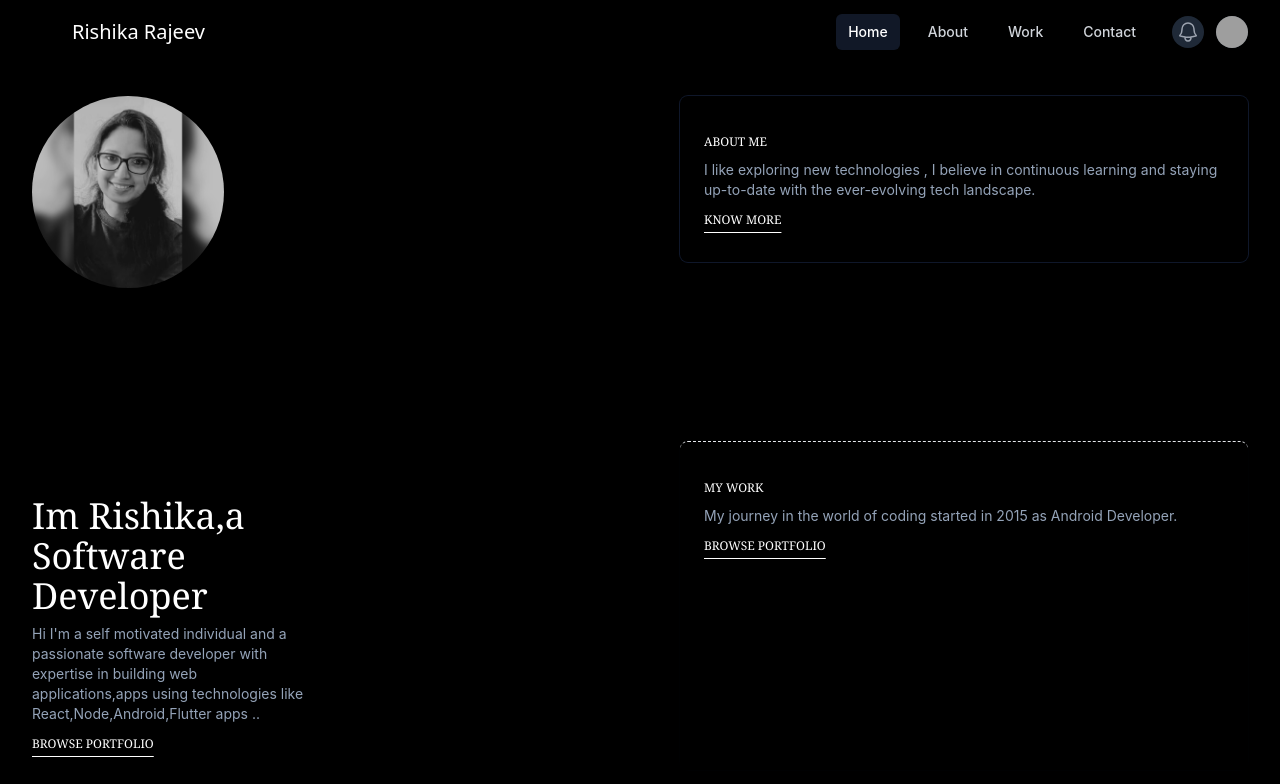
Repository: rishikarajeev/portfolio_rishika
Page: /
These files come from the project's save history. The page is drawn as it stood at one moment and after a run of saves; the edit follows.
The browser window is 1280 px wide. The pictures show the whole page.
Pictures or frames that could not be fetched are drawn as grey boxes. The project was rebuilt for these pictures with package versions that can differ from the ones it lists, and the page was loaded fresh each time. Also part of the build but not shown: src/Pages/About.jsx, src/Pages/Contact.jsx, src/Components/Work.jsx, src/Components/Project.jsx, src/Pages/Mywork.jsx.

Above is the page before, as saved 2023-10-23 18:39:28.

### src/Components/Nav/Nav.jsx
import React from 'react'

function Nav() {
  return (
    <div><nav class="dark:bg-black">
    <div class="mx-auto max-w-7xl px-2 sm:px-6 lg:px-8">
      <div class="relative flex h-16 items-center justify-between">
      <div class="absolute inset-y-0 left-7 flex items-center ">

      <a href="#" class=" text-white  px-3 py-2 text-xl font-medium font-sans" aria-current="page">Rishika Rajeev</a>
        </div>
        <div class="absolute inset-y-0 left-0 flex items-center sm:hidden">

          <button type="button" class="relative inline-flex items-center justify-center rounded-md p-2 text-gray-400 hover:bg-gray-700 hover:text-white focus:outline-none focus:ring-2 focus:ring-inset focus:ring-white" aria-controls="mobile-menu" aria-expanded="false">
            <span class="absolute -inset-0.5"></span>
            <span class="sr-only">Open main menu</span>

            <svg class="block h-6 w-6" fill="none" viewBox="0 0 24 24" stroke-width="1.5" stroke="currentColor" aria-hidden="true">
              <path stroke-linecap="round" stroke-linejoin="round" d="M3.75 6.75h16.5M3.75 12h16.5m-16.5 5.25h16.5" />
            </svg>

            <svg class="hidden h-6 w-6" fill="none" viewBox="0 0 24 24" stroke-width="1.5" stroke="currentColor" aria-hidden="true">
              <path stroke-linecap="round" stroke-linejoin="round" d="M6 18L18 6M6 6l12 12" />
            </svg>
          </button>
        </div>
        <div class="flex flex-1 items-center justify-end sm:items-stretch sm:justify-end">
          {/* <div class="flex flex-shrink-0 items-center">
            <img class="h-8 w-auto" src="https://tailwindui.com/img/logos/mark.svg?color=indigo&shade=500" alt="Your Company"/>
          </div> */}
          <div class="hidden sm:ml-6 sm:block ">
            <div class="flex space-x-4 ">

              <a href="/" class="bg-gray-900 text-white rounded-md px-3 py-2 text-sm font-medium" >Home</a>
              <a href="/about" class="text-gray-300 hover:bg-gray-700 hover:text-white rounded-md px-3 py-2 text-sm font-medium">About</a>
              <a href="/work" class="text-gray-300 hover:bg-gray-700 hover:text-white rounded-md px-3 py-2 text-sm font-medium">Work</a>
              <a href="/contact" class="text-gray-300 hover:bg-gray-700 hover:text-white rounded-md px-3 py-2 text-sm font-medium">Contact</a>
            </div>
          </div>
        </div>
        <div class="absolute inset-y-0 right-0 flex items-center pr-2 sm:static sm:inset-auto sm:ml-6 sm:pr-0">
          <button type="button" class="relative rounded-full bg-gray-800 p-1 text-gray-400 hover:text-white focus:outline-none focus:ring-2 focus:ring-white focus:ring-offset-2 focus:ring-offset-gray-800">
            <span class="absolute -inset-1.5"></span>
            <span class="sr-only">View notifications</span>
            <svg class="h-6 w-6" fill="none" viewBox="0 0 24 24" stroke-width="1.5" stroke="currentColor" aria-hidden="true">
              <path stroke-linecap="round" stroke-linejoin="round" d="M14.857 17.082a23.848 23.848 0 005.454-1.31A8.967 8.967 0 0118 9.75v-.7V9A6 6 0 006 9v.75a8.967 8.967 0 01-2.312 6.022c1.733.64 3.56 1.085 5.455 1.31m5.714 0a24.255 24.255 0 01-5.714 0m5.714 0a3 3 0 11-5.714 0" />
            </svg>
          </button>


          <div class="relative ml-3">
            <div>
              <button type="button" class="relative flex rounded-full bg-gray-800 text-sm focus:outline-none focus:ring-2 focus:ring-white focus:ring-offset-2 focus:ring-offset-gray-800" id="user-menu-button" aria-expanded="false" aria-haspopup="true">
                <span class="absolute -inset-1.5"></span>
                <span class="sr-only">Open user menu</span>
                <img class="h-8 w-8 rounded-full" src="../../Images/WhatsApp Image 2023-10-03 at 11.58.19 AM.jpeg" alt=""/>
              </button>
            </div>

          </div>
        </div>
      </div>
    </div>


    <div class="sm:hidden" id="mobile-menu">
      <div class="space-y-1 px-2 pb-3 pt-2">

        <a href="/" class="bg-gray-900 text-white block rounded-md px-3 py-2 text-base font-medium" aria-current="page">Home</a>
        <a href="/about" class="text-gray-300 hover:bg-gray-700 hover:text-white block rounded-md px-3 py-2 text-base font-medium">About</a>
        <a href="/work" class="text-gray-300 hover:bg-gray-700 hover:text-white block rounded-md px-3 py-2 text-base font-medium">Work</a>
        <a href="/contact" class="text-gray-300 hover:bg-gray-700 hover:text-white block rounded-md px-3 py-2 text-base font-medium">Contact</a>
      </div>
    </div>
  </nav>
  </div>
  )
}

export default Nav

### src/Pages/Home.jsx
import React from 'react'

import Nav from '../Components/Nav/Nav';
import img from "../Images/profile.jpeg"
import { Link } from 'react-router-dom';

function Home() {
  return (
    <div className="App" class="dark md:bg-black ">
    <Nav />
    <div class="grid grid-cols-1 md:grid-cols-2 h-screen dark md:bg-black gap-4  ">
      <div class="grid grid-cols-2 justify-center items-center m-8 ">
        <div class="md:w-full dark:bg-black rounded-lg   mb-4 shadow-xl  ">
          <div class=" md:grid md:grid-rows-2 md:gap-4 ">
            <div class="">
              <img
                class="h-48 w-full object-cover md:h-full md:w-48 rounded-full bg-gray-800 text-sm focus:outline-none focus:ring-2"
                src={img}

              />
            </div>
          </div>
          <Link to="/work">
          <div>
            <label class="text-4xl dark:text-white font-serif">
              Im Rishika,a Software Developer
            </label>
          </div>
          </Link>
          <p class="text-slate-400 dark:text-slate-400 mt-2 text-sm mb-1.5">
          Hi I'm a self motivated individual and a passionate software developer
           with expertise in building web applications,apps using technologies like React,Node,Android,Flutter apps ..

          </p>
          <label class="  text-xs underline underline-offset-8 font-serif dark:text-white">
            BROWSE PORTFOLIO
          </label>
        </div>
      </div>
      <div class=" md:grid md:grid-rows-2 md:gap-4 divide-y divide-dashed dark md:bg-black m-8">

      <Link to="/about">
        <div class=" dark:dark:bg-black rounded-lg px-6 py-8 ring-1 ring-slate-900 shadow-xl">

          <div>
            <label class=" dark:text-white text-xs font-serif">
              ABOUT ME
            </label>
          </div>

          <p class=" dark:text-slate-400 mt-2 text-sm mb-1.5">
          I like exploring new technologies , I believe in continuous learning and staying up-to-date with the ever-evolving tech landscape.

          </p>

          <label class="  text-xs underline underline-offset-8 font-serif dark:text-white">
            KNOW MORE
          </label>

        </div>
        </Link>
        <div class=" dark:dark:bg-black rounded-lg px-6 py-8 ring-1 ring-slate-900/5 shadow-xl">
          <div>
            <label class=" dark:text-white text-xl font-serif text-xs">
              {" "}
              MY WORK
            </label>
          </div>

          <p class=" dark:text-slate-400 mt-2 text-sm mb-1.5">
          My journey in the world of coding started in 2015 as Android Developer.
          </p>
          <label class="  text-xs underline underline-offset-8 font-serif dark:text-white">
            BROWSE PORTFOLIO
          </label>
        </div>
      </div>
    </div>
      </div>
  )
}

export default Home

### tailwind.config.js
/** @type {import('tailwindcss').Config} */
module.exports = {
  content: ["./src/**/*.{html,js,jsx}"],
  theme: {
    extend: {},
  },
  darkMode: 'class',
  plugins: [],
}

Loaded but not shown: public/index.html (common file); src/index.js (common file); src/index.css (common file); src/App.js (common file); src/reportWebVitals.js (common file); src/App.css (common file)

After the next 2 saves:
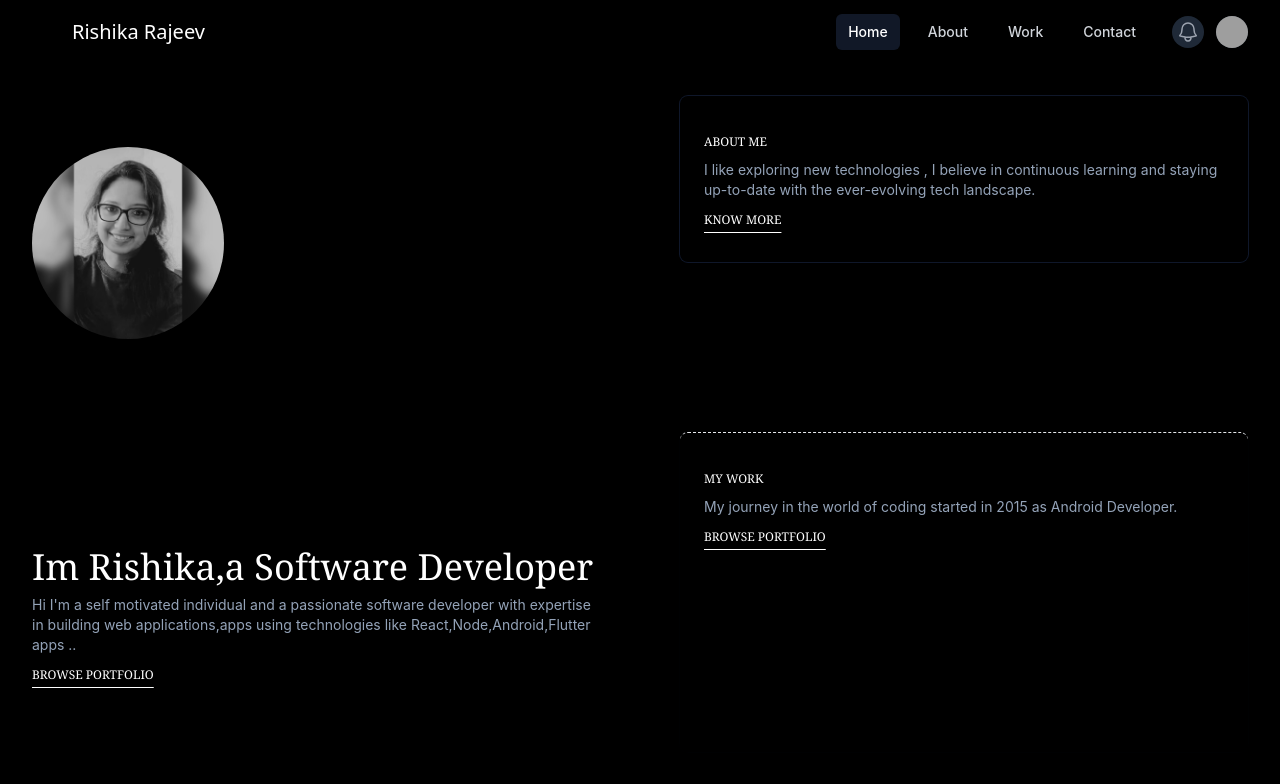
The 2 saves are shown as one change because they came seconds apart.
The last was saved 4 min 2 s later.
--- a/src/Pages/Home.jsx
+++ b/src/Pages/Home.jsx
@@ -9,7 +9,7 @@ function Home() {
     <div className="App" class="dark md:bg-black ">
     <Nav />
     <div class="grid grid-cols-1 md:grid-cols-2 h-screen dark md:bg-black gap-4  ">
-      <div class="grid grid-cols-2 justify-center items-center m-8 ">
+      <div class="grid grid-cols-1 justify-center items-center m-8 ">
         <div class="md:w-full dark:bg-black rounded-lg   mb-4 shadow-xl  ">
           <div class=" md:grid md:grid-rows-2 md:gap-4 ">
             <div class="">
